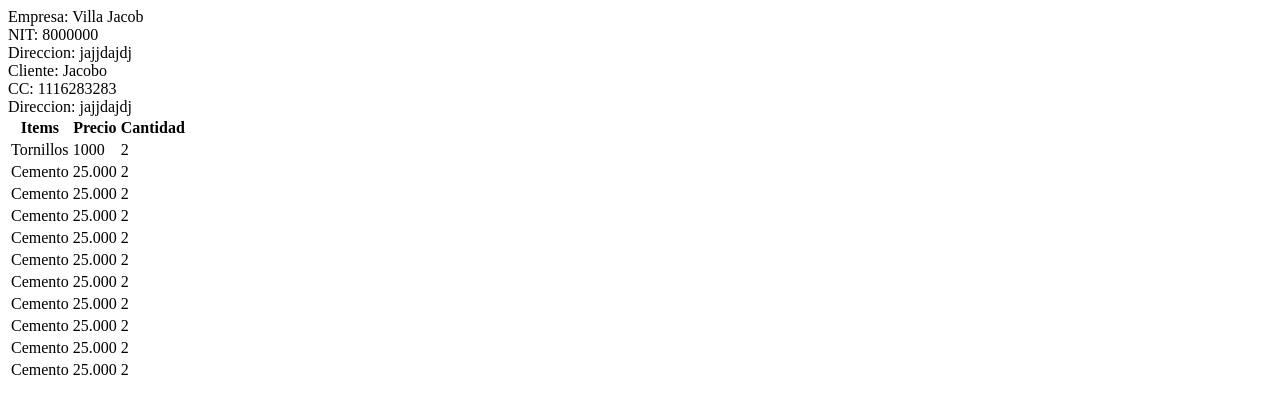
Repository: MrVanQish/FacturaEstructura
Page: index.html
An editor plug-in stored every save of this project. The page is shown before and after the next save, followed by the edit.
The browser window is 1280 px wide. The pictures show the whole page.

Above is the page before, as saved 2021-09-29 10:25:05.

### index.html
<!DOCTYPE html>
<html lang="en">
<head>
    <meta charset="UTF-8">
    <meta http-equiv="X-UA-Compatible" content="IE=edge">
    <meta name="viewport" content="width=device-width, initial-scale=1.0">
    <title>Document</title>
    <link rel="stylesheet" href="styles.css">
</head>
<body>

    <div class="wrapper">

        <div class="factura1">
                <div class="infoEmpresa-f">
                    Empresa: Villa Jacob
                    <br>
                    NIT: 8000000
                    <br>
                    Direccion: jajjdajdj
                </div>
                <div class="infoCliente-f">
                    Cliente: Jacobo
                    <br>
                    CC: 1116283283
                    <br>
                    Direccion: jajjdajdj
                </div>
                <div class="items-f">

                    <table>

                        <tr>

                            <th>Items</th>

                            <th>Precio</th>

                            <th>Cantidad</th>


                        </tr>

                          <tr>

                            <td>Tornillos</td>

                            <td>1000</td>

                            <td>2</td>

                          </tr>

                          <tr>

                            <td>Cemento</td>

                            <td>25.000</td>

                            <td>2</td>

                          </tr>


                          <tr>

                            <td>Cemento</td>

                            <td>25.000</td>

                            <td>2</td>

                          </tr>

                          <tr>

                            <td>Cemento</td>

                            <td>25.000</td>

                            <td>2</td>

                          </tr>

                          <tr>

                            <td>Cemento</td>

                            <td>25.000</td>

                            <td>2</td>

                          </tr>

                          <tr>

                            <td>Cemento</td>

                            <td>25.000</td>

                            <td>2</td>

                          </tr>

                          <tr>

                            <td>Cemento</td>

                            <td>25.000</td>

                            <td>2</td>

                          </tr>


                          <tr>

                            <td>Cemento</td>

                            <td>25.000</td>

                            <td>2</td>

                          </tr>


                          <tr>

                            <td>Cemento</td>

                            <td>25.000</td>

                            <td>2</td>

                          </tr>

                          <tr>

                            <td>Cemento</td>

                            <td>25.000</td>

                            <td>2</td>

                          </tr>

                          <tr>

                            <td>Cemento</td>

                            <td>25.000</td>

                            <td>2</td>

                          </tr>






                      </table>



                </div>
            <div class="body-f">

            </div>
        </div>

    </div>









    </div>

</body>
</html>

### styles.css
@page {
    size: A4 landscape;
}

.factura {
  table-layout: fixed;
}

.fact-info > div > h5 {
  font-weight: bold;
}

.factura > thead {
  border-top: solid 3px #000;
  border-bottom: 3px solid #000;
}

.factura > thead > tr > th:nth-child(2), .factura > tbod > tr > td:nth-child(2) {
  width: 300px;
}

.factura > thead > tr > th:nth-child(n+3) {
  text-align: right;
}

.factura > tbody > tr > td:nth-child(n+3) {
  text-align: right;
}

.factura > tfoot > tr > th, .factura > tfoot > tr > th:nth-child(n+3) {
  font-size: 24px;
  text-align: right;
}

.cond {
  border-top: solid 2px #000;
}

/*
.wrapper {
    height: 97vh;
    border: 1px solid #000;
    display: grid;
    grid-template-columns: 1fr 1fr;
    grid-template-rows: 500px;
    grid-template-areas:
      "f1 f2";
  }

  .factura1 {

    display: grid;
    grid-area: f1;
    align-self: center;
    justify-self: center;
    border: 1px solid #000;
    grid-template-columns: 1fr 1fr;
    grid-template-rows: 1fr;
    grid-template-areas:
      "infoEmpresa-f infoCliente-f c items-f"
  }


.infoEmpresa-f{

    grid-area: infoEmpresa-f;
    border: 1px solid #000;
    align-self: center;
    justify-self: center;

}

.infoCliente-f{
    grid-area: infoCliente-f;
    border: 1px solid #000;
    align-self: center;
    justify-self: center;
}

.items-f{
    grid-area: items-f;
    border: 1px solid #000;
    align-self: center;
    justify-self: center;
} */

After the next save:
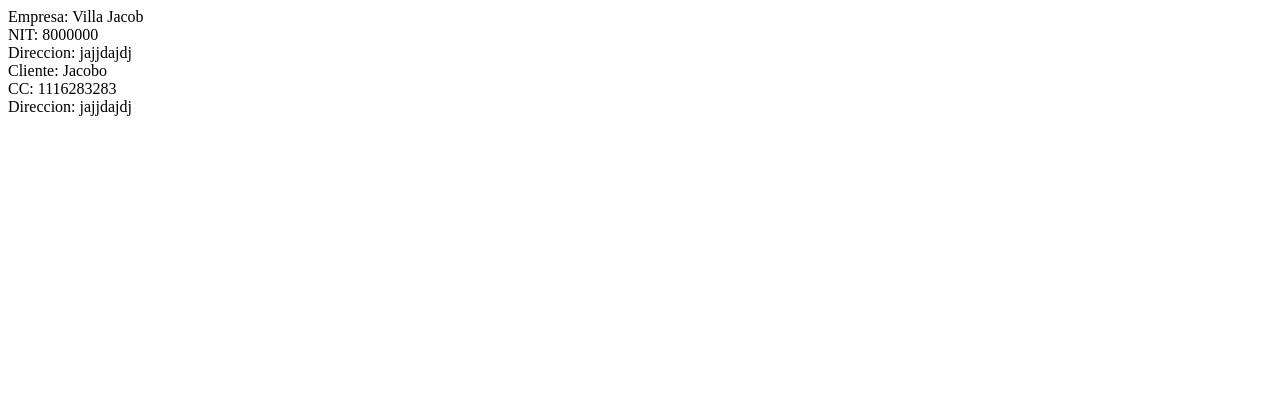
Saved 12 s later.
--- a/index.html
+++ b/index.html
@@ -28,139 +28,6 @@
                 </div>
                 <div class="items-f">
 
-                    <table>
-
-                        <tr>
-
-                            <th>Items</th>
-
-                            <th>Precio</th>
-
-                            <th>Cantidad</th>
-
-
-                        </tr>
-
-                          <tr>
-
-                            <td>Tornillos</td>
-
-                            <td>1000</td>
-
-                            <td>2</td>
-
-                          </tr>
-
-                          <tr>
-
-                            <td>Cemento</td>
-
-                            <td>25.000</td>
-
-                            <td>2</td>
-
-                          </tr>
-
-
-                          <tr>
-
-                            <td>Cemento</td>
-
-                            <td>25.000</td>
-
-                            <td>2</td>
-
-                          </tr>
-
-                          <tr>
-
-                            <td>Cemento</td>
-
-                            <td>25.000</td>
-
-                            <td>2</td>
-
-                          </tr>
-
-                          <tr>
-
-                            <td>Cemento</td>
-
-                            <td>25.000</td>
-
-                            <td>2</td>
-
-                          </tr>
-
-                          <tr>
-
-                            <td>Cemento</td>
-
-                            <td>25.000</td>
-
-                            <td>2</td>
-
-                          </tr>
-
-                          <tr>
-
-                            <td>Cemento</td>
-
-                            <td>25.000</td>
-
-                            <td>2</td>
-
-                          </tr>
-
-
-                          <tr>
-
-                            <td>Cemento</td>
-
-                            <td>25.000</td>
-
-                            <td>2</td>
-
-                          </tr>
-
-
-                          <tr>
-
-                            <td>Cemento</td>
-
-                            <td>25.000</td>
-
-                            <td>2</td>
-
-                          </tr>
-
-                          <tr>
-
-                            <td>Cemento</td>
-
-                            <td>25.000</td>
-
-                            <td>2</td>
-
-                          </tr>
-
-                          <tr>
-
-                            <td>Cemento</td>
-
-                            <td>25.000</td>
-
-                            <td>2</td>
-
-                          </tr>
-
-
-
-
-
-
-                      </table>
-
 
 
                 </div>
